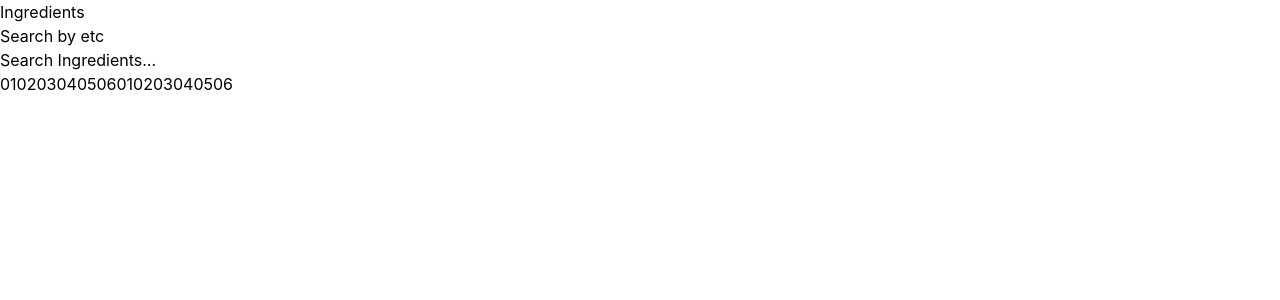
Repository: thais-chen/Meal
Page: /ingredients (app in meal-plan/)
An editor plug-in stored every save of this project. The page is shown before and after the next save, followed by the edit.
The browser window is 1280 px wide. The pictures show the whole page.
The project was rebuilt for these pictures with package versions that can differ from the ones it lists, and the page was loaded fresh each time. The framework's server and built-in components were replaced by stand-ins that run in the browser. Also part of the build but not shown: meal-plan/next.config.js.

Above is the page before, as saved 2022-08-09 15:31:14.

After the next save:
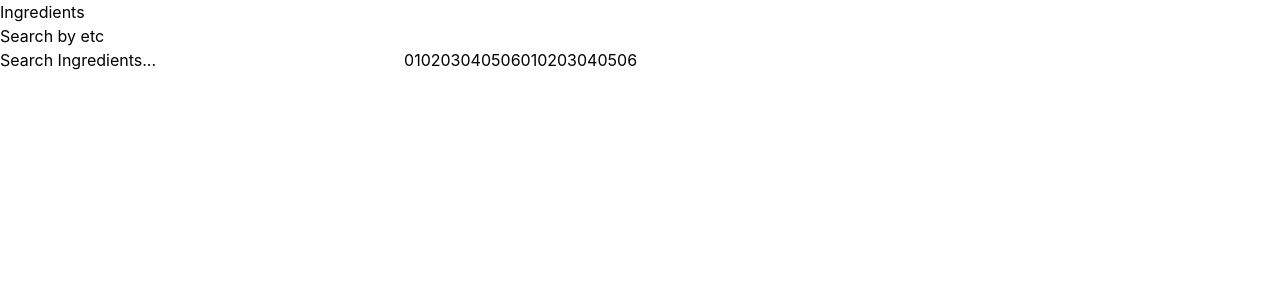
Saved 9 s later.
--- a/meal-plan/comps/Grid.js
+++ b/meal-plan/comps/Grid.js
@@ -2,25 +2,24 @@
 const Grid = () => {
 
     return (
-        <div class="grid gap-4 grid-cols-3 grid-rows-3">
-    <span className="inline-grid grid-cols-3 gap-4">
-          <span>01</span>
-          <span>02</span>
-          <span>03</span>
-          <span>04</span>
-          <span>05</span>
-          <span>06</span>
-        </span>
-        <span className="inline-grid grid-cols-3 gap-4">
-          <span>01</span>
-          <span>02</span>
-          <span>03</span>
-          <span>04</span>
-          <span>05</span>
-          <span>06</span>
-        </span>
-</div>
-
+   <>
+    <span class="inline-grid grid-cols-3 gap-4">
+  <span>01</span>
+  <span>02</span>
+  <span>03</span>
+  <span>04</span>
+  <span>05</span>
+  <span>06</span>
+</span>
+<span class="inline-grid grid-cols-3 gap-4">
+  <span>01</span>
+  <span>02</span>
+  <span>03</span>
+  <span>04</span>
+  <span>05</span>
+  <span>06</span>
+</span>
+   </>
     );
 }
 export default Grid;
